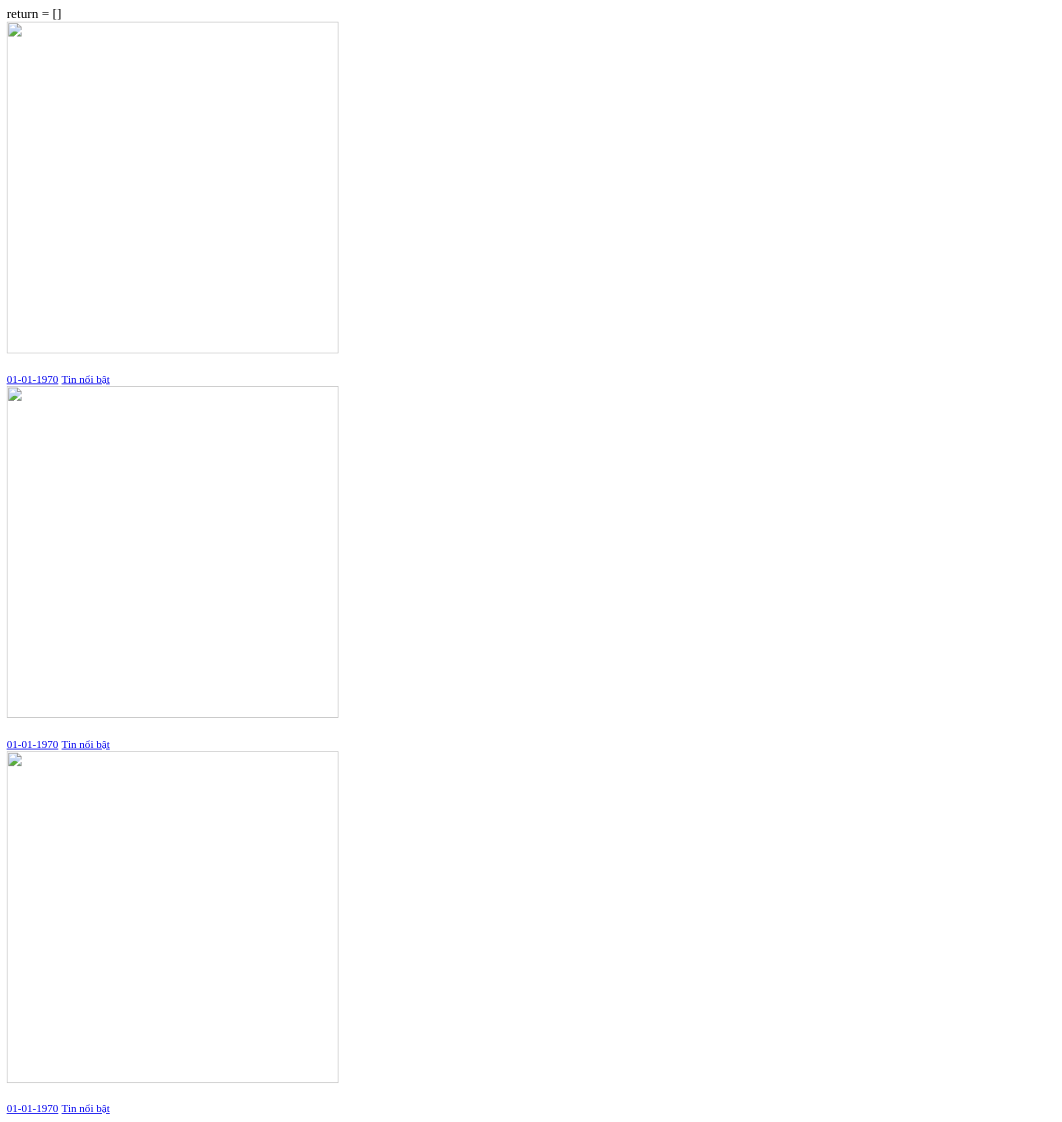
Repository: gianglinhg/linhblog_laravel
Page: resources/views/client/layout/banner.blade.php
An editor plug-in stored every save of this project. The page is shown before and after the next save, followed by the edit.
The browser window is 1280 px wide. The pictures show the whole page, at 83% of full size.
The page is served by the project's Laravel application, run on PHP 8.4 with Laravel 9. Other server files are loaded and not shown. The template is opened directly, without the code that normally fills it, so the values that code supplies are empty.

Above is the page before, as saved 2022-11-17 17:29:48.

### routes/web.php
<?php

use Illuminate\Support\Facades\Route;
use App\Http\Controllers\Admin\Users\LoginController;
use App\Http\Controllers\Admin\MainController;
use App\Http\Controllers\Admin\MenuController;
use App\Http\Controllers\Client\TinController;

// Route::get('/',function(){
//     return view('client.home');
// });
Route::get('/',[TinController::class,'index']);
// Route::prefix('client')->group(function (){
    Route::get('/tin/{id}', [TinController::class, 'chitiet']);
    Route::get('/loai/{idLT}', [TinController::class, 'tintrongloai']);
// });
Route::prefix('admin')->group(function (){
    Route::middleware(['auth'])->group(function () {
        Route::get('/main',[MainController::class,'index']);
        Route::get('/',[MainController::class,'index']) ->name('admin');
    });
    Route::get('/users/login', [LoginController::class, 'index'])->name('login');
    Route::post('/users/login/store', [LoginController::class, 'store']);
    Route::get('/logout',[LoginController::class,'logout'])->name('logout');
    Route::prefix('menus')->group(function (){
        Route::get('add',[MenuController::class,'create'])->name('create');
        Route::post('add',[MenuController::class,'create'])->name('create');
        // Route::get('add',[MenuController::class,'list'])->name('list');
    });
});

### resources/views/client/layout/banner.blade.php

<div class="first-slot">
  <div class="masonry-box post-media">
       <img src="/template/{{$noibat[0]->urlHinh}}" alt="" class="img-fluid" style="height: 400px;">
       <div class="shadoweffect">
          <div class="shadow-desc">
              <div class="blog-meta">
                  <span class="bg-orange"><a href="#" title=""></a></span>
                  <h4><a href="{{ url('/tin',[$noibat[0]->id]); }}" title="">{{$noibat[0]->tieuDe}}</a></h4>
                  <small><a href="#" title="">{{date("d-m-Y", strtotime($noibat[0]->ngayDang))}}</a></small>
                  <small><a href="tech-author.html" title="">Tin nổi bật</a></small>
              </div><!-- end meta -->
          </div><!-- end shadow-desc -->
      </div><!-- end shadow -->
  </div><!-- end post-media -->
</div><!-- end first-side -->

<div class="second-slot">
  <div class="masonry-box post-media">
       <img src="/template/{{$noibat[1]->urlHinh}}" alt="" class="img-fluid" style="height: 400px;">
       <div class="shadoweffect">
          <div class="shadow-desc">
              <div class="blog-meta">
                  <span class="bg-orange"><a href="#" title="">{{$name}}</a></span>
                  <h4><a href="{{ url('/tin',[$noibat[1]->id]); }}" title="">{{$noibat[1]->tieuDe}}</a></h4>
                  <small><a href="#" title="">{{date("d-m-Y", strtotime($noibat[1]->ngayDang))}}</a></small>
                  <small><a href="tech-author.html" title="">Tin nổi bật</a></small>
              </div><!-- end meta -->
          </div><!-- end shadow-desc -->
       </div><!-- end shadow -->
  </div><!-- end post-media -->
</div><!-- end second-side -->

<div class="last-slot">
  <div class="masonry-box post-media">
       <img src="/template/{{$noibat[2]->urlHinh}}" alt="" class="img-fluid" style="height: 400px;>
       <div class="shadoweffect">
          <div class="shadow-desc">
              <div class="blog-meta">
                  <span class="bg-orange"><a href="#" title="">{{$name}}</a></span>
                  <h4><a href="{{ url('/tin',[$noibat[2]->id]); }}" title="">{{$noibat[2]->tieuDe}}</a></h4>
                  <small><a href="#" title="">{{date("d-m-Y", strtotime($noibat[2]->ngayDang))}}</a></small>
                  <small><a href="tech-author.html" title="">Tin nổi bật</a></small>
              </div><!-- end meta -->
          </div><!-- end shadow-desc -->
       </div><!-- end shadow -->
  </div><!-- end post-media -->
</div>

Loaded but not shown: app/Providers/AppServiceProvider.php (common file)

After the next save:
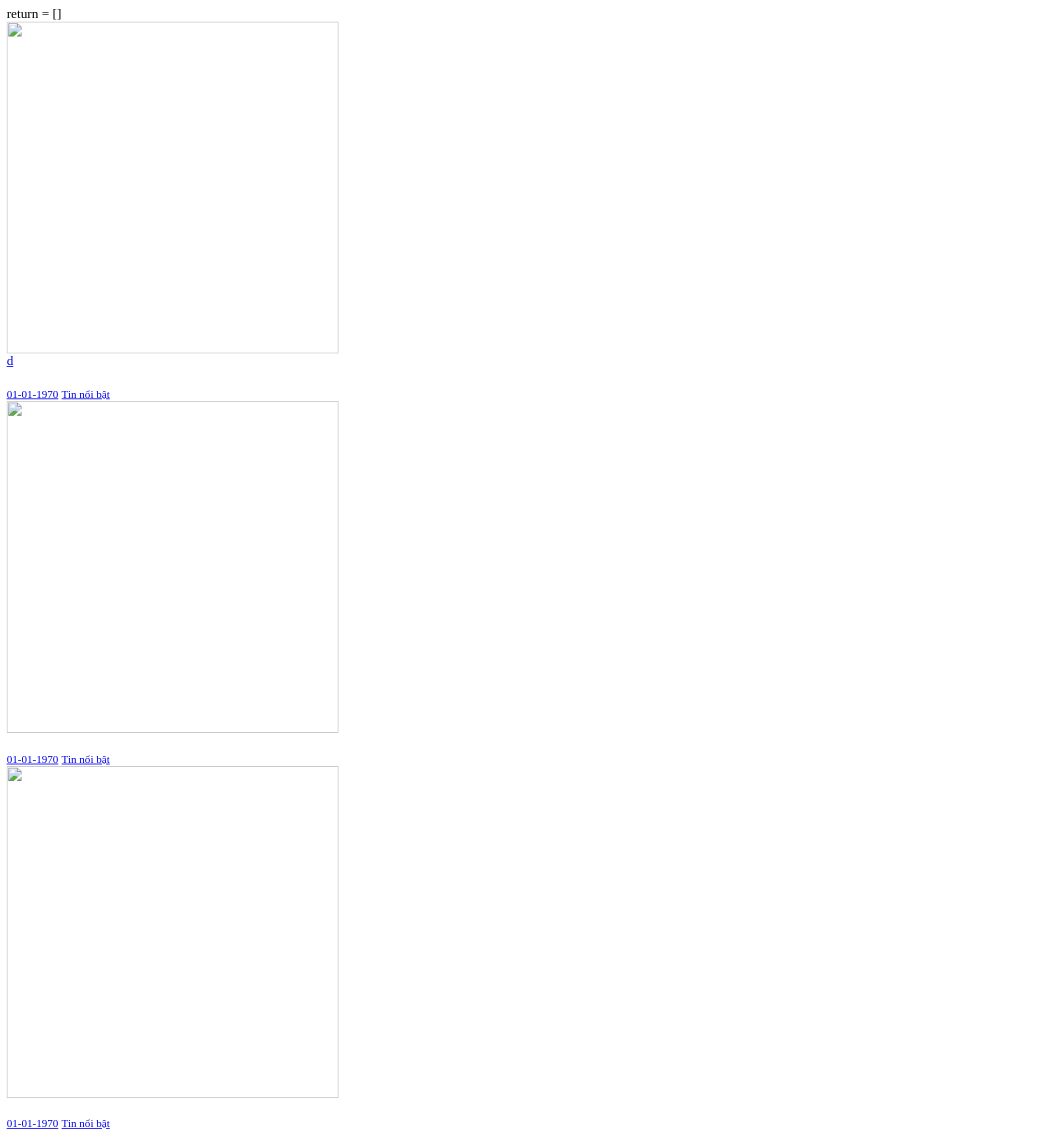
Saved 5 s later.
--- a/resources/views/client/layout/banner.blade.php
+++ b/resources/views/client/layout/banner.blade.php
@@ -5,7 +5,7 @@
        <div class="shadoweffect">
           <div class="shadow-desc">
               <div class="blog-meta">
-                  <span class="bg-orange"><a href="#" title=""></a></span>
+                  <span class="bg-orange"><a href="#" title="">d</a></span>
                   <h4><a href="{{ url('/tin',[$noibat[0]->id]); }}" title="">{{$noibat[0]->tieuDe}}</a></h4>
                   <small><a href="#" title="">{{date("d-m-Y", strtotime($noibat[0]->ngayDang))}}</a></small>
                   <small><a href="tech-author.html" title="">Tin nổi bật</a></small>
